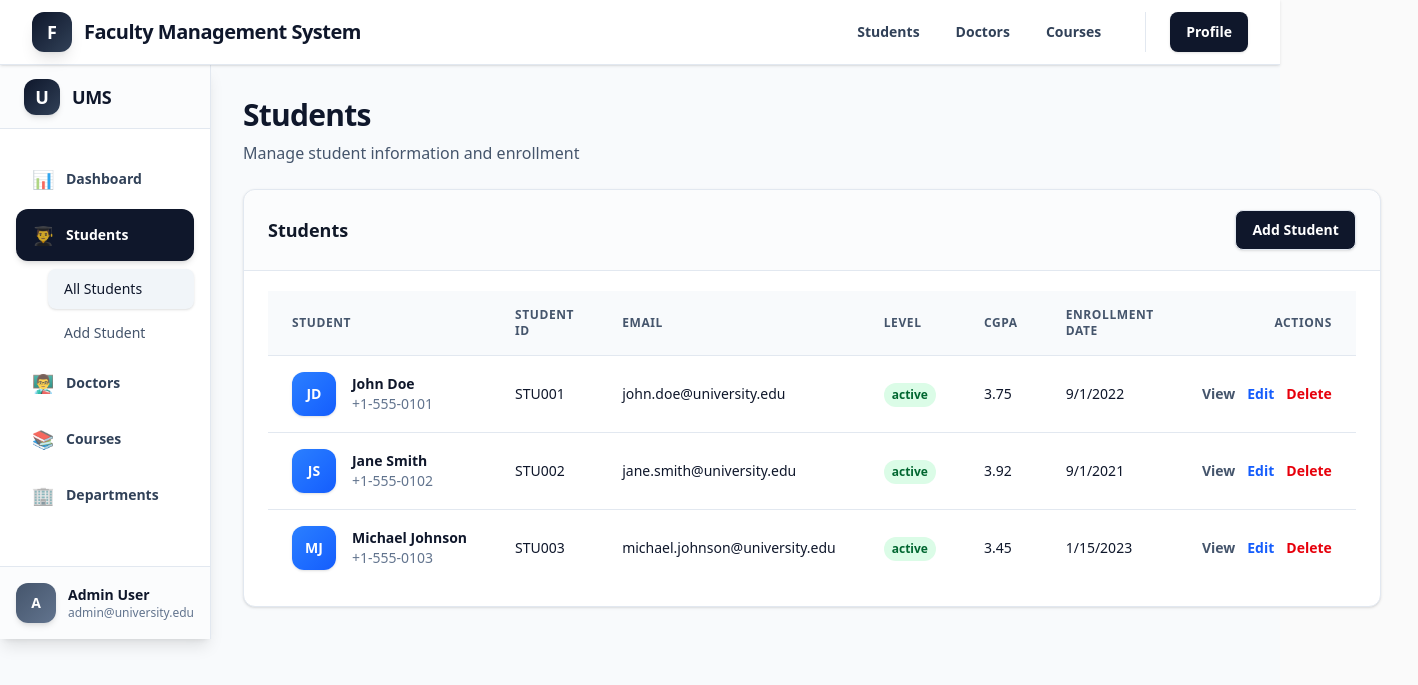
Repository: Mohamedmohsen179/Advanced-DB-Task
Page: /students (app in frontend/)
The author's editor kept a copy of each file at every save. The page is drawn from the files as they stood at one save, then again after the next save.
The browser window is 1280 px wide. The page is 1413 px wide, then 1418 px, so the pictures cover 1418 px, including what lies to the right of the window. The pictures show the whole page.
The page's requests for data from a server got no answer. The project was rebuilt for these pictures with package versions that can differ from the ones it lists, and the page was loaded fresh each time. The framework's server and built-in components were replaced by stand-ins that run in the browser. No one was signed in, and anything a server would have sent is missing. Also part of the build but not shown: frontend/next.config.ts.

Above is the page before, as saved 2025-11-28 16:53:32.

After the next save:
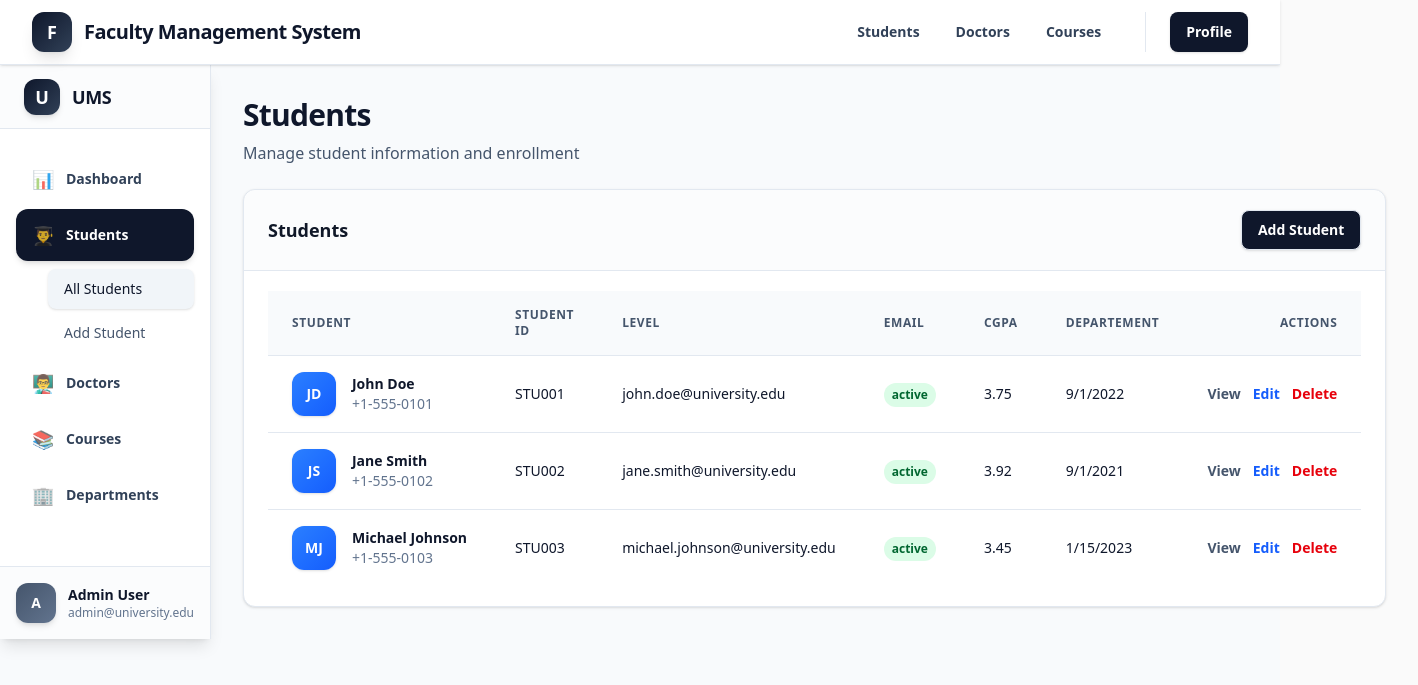
Saved 103 s later.
--- a/frontend/components/students/StudentTable.tsx
+++ b/frontend/components/students/StudentTable.tsx
@@ -70,16 +70,16 @@ export default function StudentTable({
                   Student ID
                 </th>
                 <th className="px-6 py-4 text-left text-xs font-semibold text-slate-600 uppercase tracking-wider">
-                  Email
+                  Level
                 </th>
                 <th className="px-6 py-4 text-left text-xs font-semibold text-slate-600 uppercase tracking-wider">
-                  Level
+                  Email
                 </th>
                 <th className="px-6 py-4 text-left text-xs font-semibold text-slate-600 uppercase tracking-wider">
                   CGPA
                 </th>
                 <th className="px-6 py-4 text-left text-xs font-semibold text-slate-600 uppercase tracking-wider">
-                  Enrollment Date
+                  Departement
                 </th>
                 <th className="px-6 py-4 text-right text-xs font-semibold text-slate-600 uppercase tracking-wider">
                   Actions
